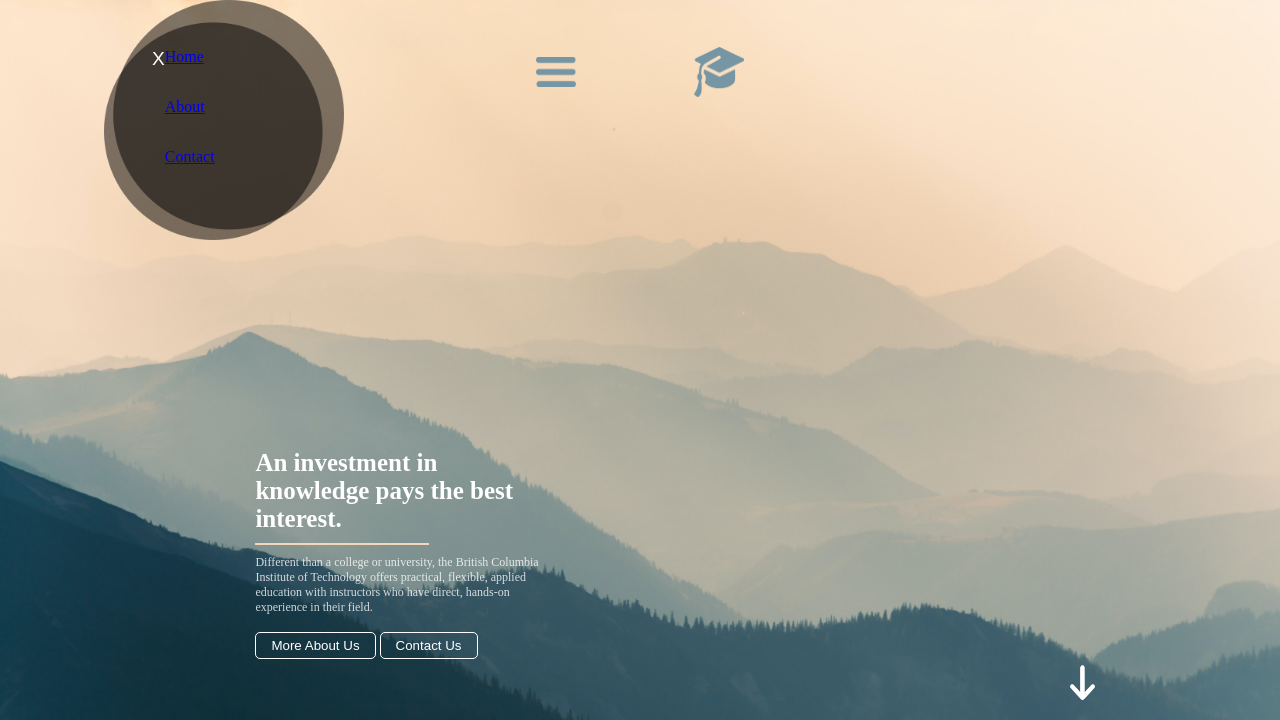
Repository: Sheraliramzan/Aly_A01253508_Assignment1
Page: /
The author's editor kept a copy of each file at every save. The page is drawn from the files as they stood at one save, then again after a run of saves.
The browser window is 1280 px wide. The pictures show the whole page.
The project was rebuilt for these pictures with package versions that can differ from the ones it lists, and the page was loaded fresh each time. The framework's server and built-in components were replaced by stand-ins that run in the browser. Also part of the build but not shown: next.config.js.

Above is the page before, as saved 2023-02-04 17:41:36.

### pages/index.js
import Head from 'next/head'
import Image from 'next/image'
import styles from '../styles/Home.module.css'
import { useState } from 'react'
import { useRouter } from 'next/router'



export default function Home() {

  const [isMenuOpen, setIsMenuOpen] = useState(false);
  const handleMenu = () => {
    setIsMenuOpen(!isMenuOpen);
  };
  const router = useRouter();
  return (
    <>
      <Head>
        <title>Home</title>
        <meta name="author" content="MDIA 2109" />
        <meta property="og:title" content= "Assignment #1 - Home Page"/>
        <meta property="og:description" content= "BCIT Digital Design and Development Diploma"/>
        <meta name="viewport" content="width=device-width, initial-scale=1" />
        <link rel="icon" href="/favicon.png" />
      </Head>
      <main className={styles.main}>
        <div className='fullcont'>
          <div className="navcont">
              <Image
                src={"/icons/menu-icon.png"}
                width={40}
                height={30}
                onClick={handleMenu}
              />
              <Image src={"/icons/graduation-hat.png"} width={50} height={50} />
          </div>
          <div className="menucont">
          <div className="listcont">
            <div className="btncont">
              <button className="close" onClick={handleMenu}>
                X
              </button>
            </div>
              <ul>
                <li>
                  <a href='#'>Home</a>
                </li>
                <li>
                  <a href='#'>About</a>
                </li>
                <li>
                  <a href='#'>Contact</a>
                </li>
              </ul>
            </div>
          <Image
            src={"/background-images/menuBackground.png"}
            width={240}
            height={240}
          />
        </div>

          <div className="headcont">
            <h1 className="headhome">An investment in <br/>knowledge pays the best <br/> interest.</h1>
            <div className="horidiv"></div>
            <p className="para1">Different than a college or university, the British Columbia <br/> Institute of Technology offers practical, flexible, applied education with instructors who have direct, hands-on experience in their field.</p>
          </div>
          <a className='butcont'>
            <button className='but1'>More About Us</button>
            <button className='but1'>Contact Us</button>
          </a>
          <a>
            <span>
              <Image className='downarrow' src ={"/downwardArrow.png"} width={25} height={35}></Image>
            </span>
          </a>
        </div>
      </main>
    </>
  )
}

### styles/globals.css


* {
  box-sizing: border-box;
  padding: 0;
  margin: 0;
}

html,
body {
  max-width: 100vw;
  overflow-x: hidden;

  background-image:url('../public/background-images/backgroundMountain.jpg') ;
  background-size: cover;
  background-repeat: no-repeat;
  height: 100vh;
}
.navcont {
  display: flex;
  align-items: center;
  justify-content: space-between;
  padding: 2rem 10rem;
}
.menucont{
  position: absolute;
  top: 0rem;
  left: 6.5rem;
}

ul {
  display: flex;
  flex-direction: column;
  gap: 2rem;
}

ul > li {
  list-style-type: none;
  color: white;
}
.listcont{
  position: absolute;
  display: flex;
  align-items: flex-start;
  left: 3rem;
  top: 3rem;
}

.btncont {
  display: flex;
}

.close {
  background-color: transparent;
  border: none;
  font-size: larger;
  color: white;
}

.fullcont{
  margin: 15px;
}
.but1{
  margin: 2px;
  padding: 5px 15px;
  background: none;
  border: 1px solid var(--primary-color);
  border-radius: 5px;
  color:var(--primary-color) ;
}
.butcont{
 margin-left: -123px;
}

.but1:hover{
  background-color: var( --primary-color);
  color: var(--quinary-color);
}
.downarrow{
  position: relative;
  left: 590px;
  top:50px;
}
.headcont{
  display: flex;
  flex-direction: column;
  width: 55%;
  margin-top: 320px;
  margin-left: -121px;
}
.headhome{
  color: var(--primary-color);
  font-size: 25px;
  margin-bottom: 10px;
}
.horidiv{
  width: 60%;
  border: 1px solid var(--secondary-color);
  margin-bottom: 10px;
}
.para1{
  color: var(--primary-color);
  font-size:12px;
  width: 100%;
  opacity: 0.8;
}


#carouselImage{
  height: 200px;
  background-repeat: no-repeat;
  background-size: cover;
  display: flex;
  justify-content: center;
  align-items: center;
  margin: 40px 0px;
}
#testOnImageHere{
  background-color: rgba(16, 46, 53, 0.5);
  padding: 10px;
  margin: 0px 50px;
}

### styles/variables.css
:root{
    --primary-color:#fff;
    --secondary-color:#f4d6b9;
    --ternary-color: #7796a4;
    --quaternary-color:#14343d;
    --quinary-color:rgba(16,46,53,0.5);
}

### styles/Home.module.css
.main {
  display: flex;
  flex-direction: column;
  justify-content: space-between;
  align-items: center;
}

Loaded but not shown: pages/_app.js (common file); pages/_document.js (common file)

After the next 2 saves:
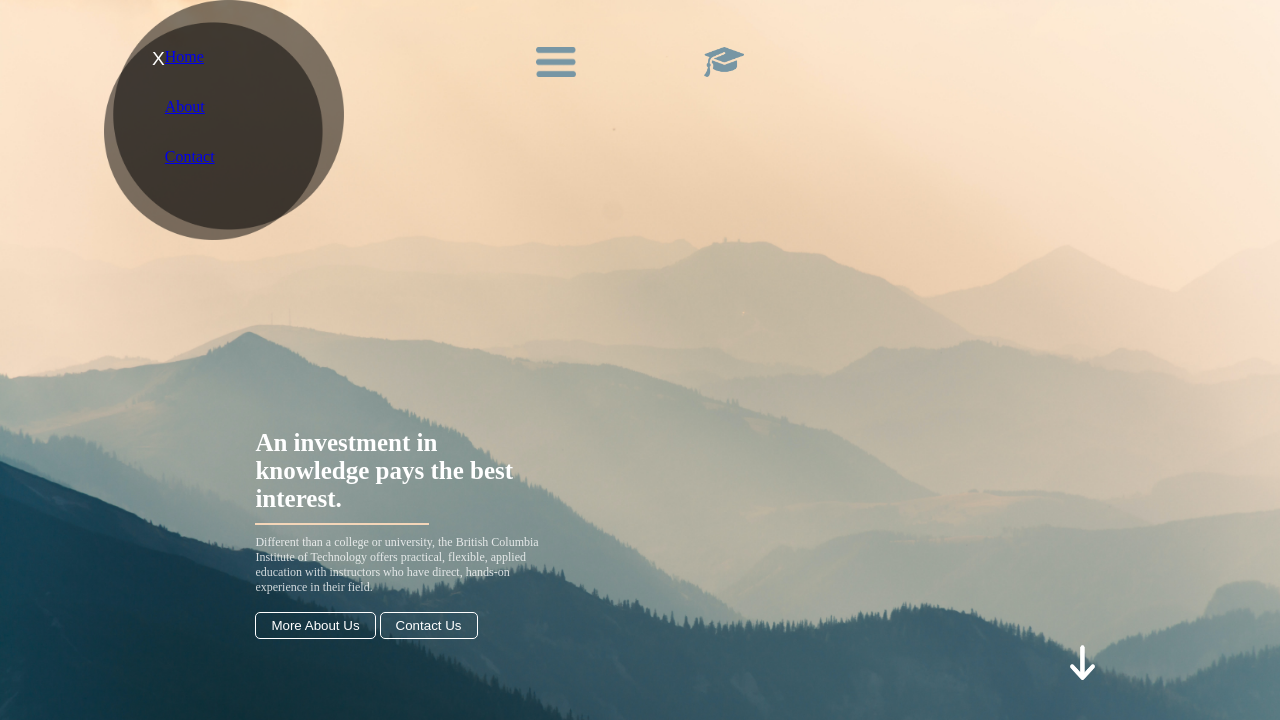
The 2 saves are shown as one change because they came seconds apart.
The last was saved 50 s later.
--- a/pages/index.js
+++ b/pages/index.js
@@ -32,7 +32,7 @@ export default function Home() {
                 height={30}
                 onClick={handleMenu}
               />
-              <Image src={"/icons/graduation-hat.png"} width={50} height={50} />
+              <Image src={"/icons/graduation-hat.png"} width={40} height={30} />
           </div>
           <div className="menucont">
           <div className="listcont">
